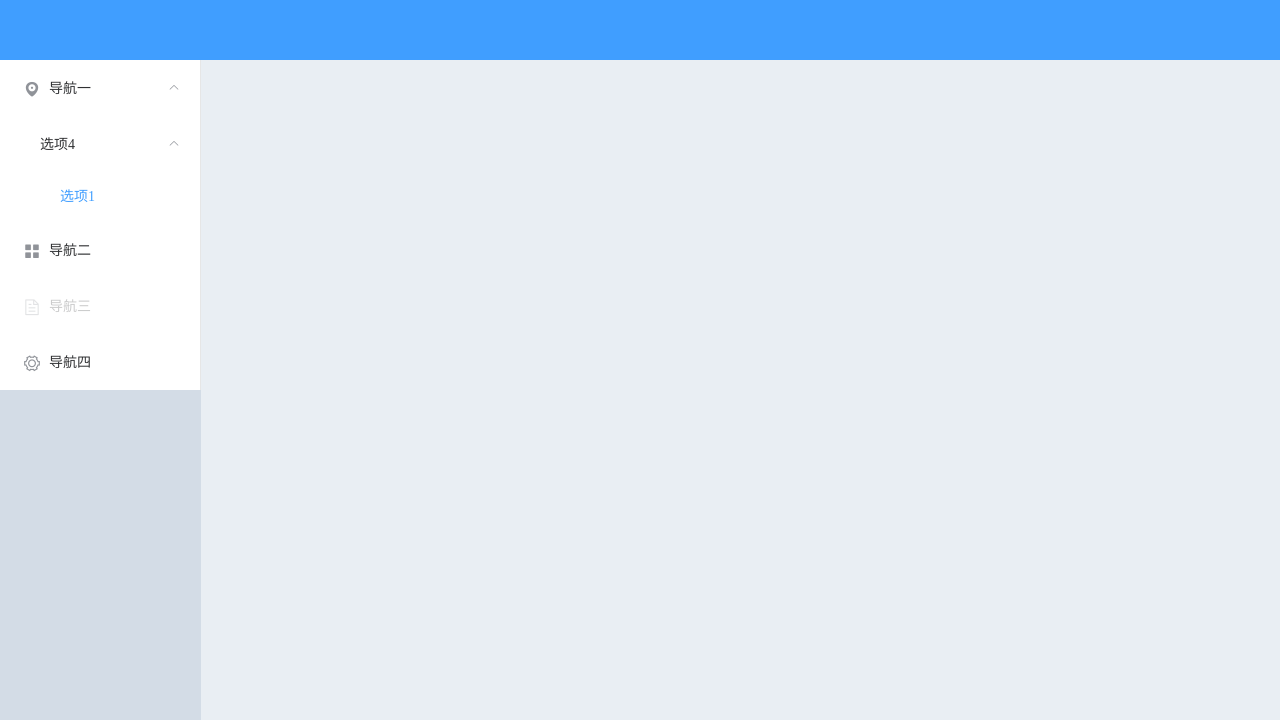
Repository: 960519152/elementui-demo-byf
Page: /#/
These files come from the project's save history. The page is drawn as it stood at one moment and after the next save; the edit follows.
The browser window is 1280 px wide. The pictures show the whole page.
The project was rebuilt for these pictures with package versions that can differ from the ones it lists, and the page was loaded fresh each time. Also part of the build but not shown: src/components/HelloWorld.vue, src/components/Tx.vue, src/components/Tes.vue.

Above is the page before, as saved 2019-05-14 10:48:01.

After the next save:
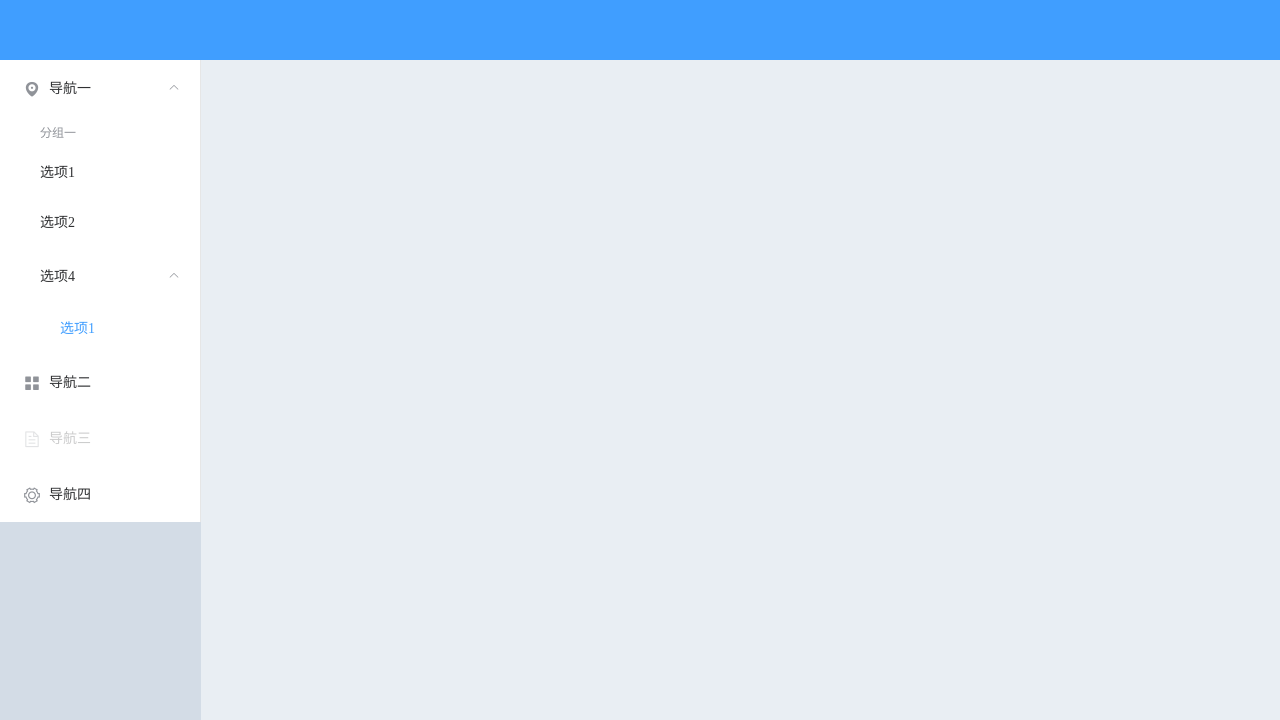
Saved 10 s later.
--- a/src/components/Home.vue
+++ b/src/components/Home.vue
@@ -36,7 +36,11 @@
       <i class="el-icon-location"></i>
       <span slot="title">导航一</span>
     </template>
-
+    <el-menu-item-group>
+      <span slot="title">分组一</span>
+      <el-menu-item index="1-1">选项1</el-menu-item>
+      <el-menu-item index="1-2">选项2</el-menu-item>
+    </el-menu-item-group>
     <el-submenu index="1-4">
       <span slot="title">选项4</span>
       <el-menu-item index="1-4-1">选项1</el-menu-item>
